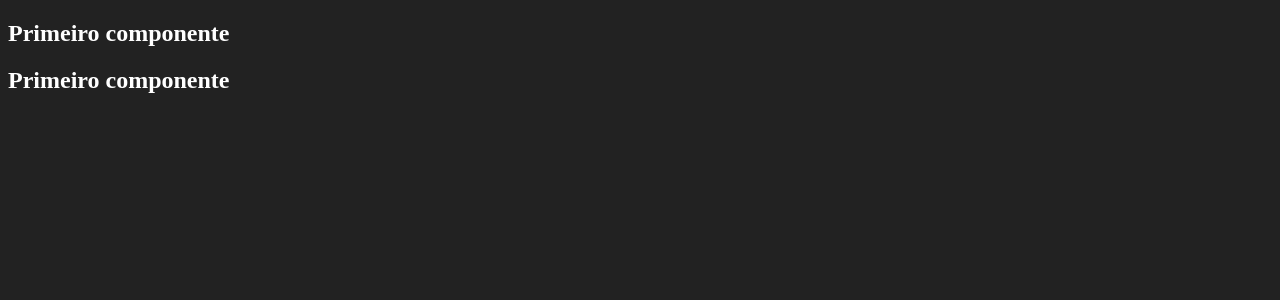
Repository: jean-siqueira/fundamentos-react
Page: /
The author's editor kept a copy of each file at every save. The page is drawn from the files as they stood at one save, then again after the next save.
The browser window is 1280 px wide. The pictures show the whole page.
The project was rebuilt for these pictures with package versions that can differ from the ones it lists, and the page was loaded fresh each time.

Above is the page before, as saved 2023-03-04 10:55:47.

### src/index.js
import './index.css'
import ReactDOM from 'react-dom'
import React from 'react'

import Primeiro from './components/basicos/Primeiro'

const tag = <strong>Olá React</strong>


ReactDOM.render(
    <div>
        <Primeiro></Primeiro>
        <Primeiro></Primeiro>
    </div>,
    document.getElementById('root'))

### src/components/basicos/Primeiro.js

import React from "react"

export default function Primeiro() {
    return <h2>Primeiro componente</h2>
}

Loaded but not shown: public/index.html (common file); src/index.css (common file)

After the next save:
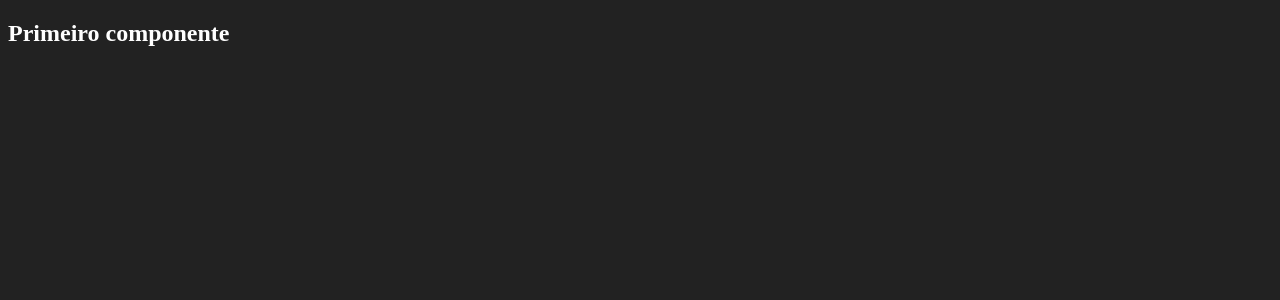
Saved 16 s later.
--- a/src/index.js
+++ b/src/index.js
@@ -10,6 +10,5 @@ const tag = <strong>Olá React</strong>
 ReactDOM.render(
     <div>
         <Primeiro></Primeiro>
-        <Primeiro></Primeiro>
     </div>,
     document.getElementById('root'))
